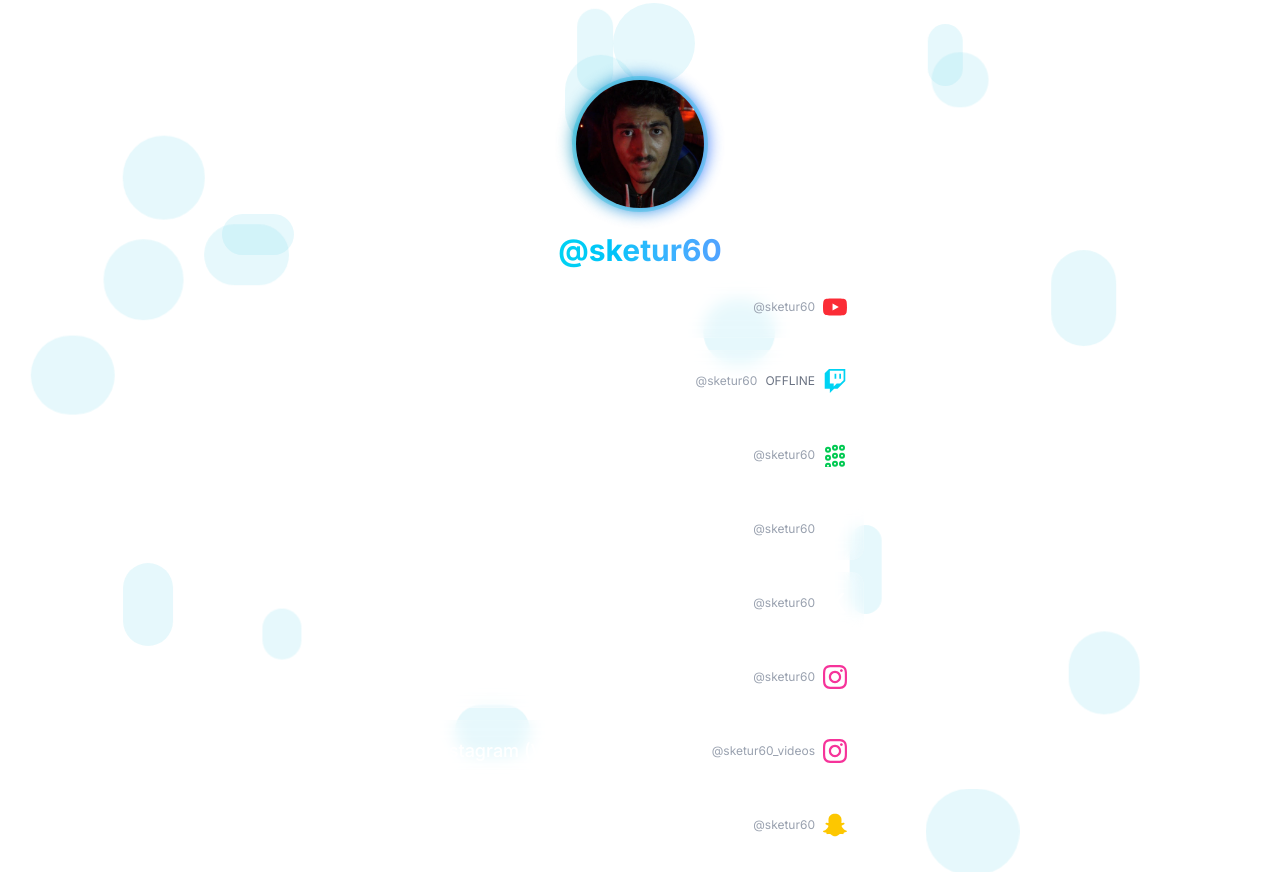
Repository: MehmetSalihK/sketur60
Page: /
The author's editor kept a copy of each file at every save. The page is drawn from the files as they stood at one save, then again after the next save.
The browser window is 1280 px wide. The pictures show the whole page.
The page's requests for data from a server got no answer. The project was rebuilt for these pictures with package versions that can differ from the ones it lists, and the page was loaded fresh each time. The framework's server and built-in components were replaced by stand-ins that run in the browser. No one was signed in, and anything a server would have sent is missing. Also part of the build but not shown: next.config.ts.

Above is the page before, as saved 2025-06-02 14:06:00.

### src/app/layout.tsx
import './globals.css'
import type { Metadata } from 'next'
import { Inter } from 'next/font/google'

const inter = Inter({ subsets: ['latin'] })

export const metadata: Metadata = {
  title: 'Mehmet Salih - Développeur Fullstack',
  description: 'Portfolio et liens de Mehmet Salih',
}

export default function RootLayout({
  children,
}: {
  children: React.ReactNode
}) {
  return (
    <html lang="fr" className="dark">
      <head>
        <meta name="format-detection" content="telephone=no, date=no, email=no, address=no" />
      </head>
      <body className={inter.className}>{children}</body>
    </html>
  )
}

### src/app/page.tsx
'use client';

import Image from 'next/image'
import Link from 'next/link'
import { useEffect, useState } from 'react'

export default function Home() {
  const [isLive, setIsLive] = useState(false);

  useEffect(() => {
    const checkTwitchStatus = async () => {
      try {
        const clientId = process.env.NEXT_PUBLIC_TWITCH_CLIENT_ID;
        const response = await fetch('https://api.twitch.tv/helix/streams?user_login=sketur60', {
          headers: {
            'Client-ID': clientId,
            'Authorization': `Bearer ${process.env.NEXT_PUBLIC_TWITCH_ACCESS_TOKEN}`
          }
        });
        const data = await response.json();
        setIsLive(data.data.length > 0);
      } catch (error) {
        console.error('Error checking Twitch status:', error);
        setIsLive(false);
      }
    };

    checkTwitchStatus();
    const interval = setInterval(checkTwitchStatus, 60000); // Check every minute
    return () => clearInterval(interval);
  }, []);

  return (
    <div className="min-h-screen bg-[radial-gradient(ellipse_at_top,_var(--tw-gradient-stops))] from-gray-900 via-cyan-900 to-black text-white p-4 antialiased relative overflow-hidden">
      {/* Particules animées */}
      <div className="absolute inset-0 overflow-hidden">
        <div className="absolute -inset-[10px] opacity-50">
          {[...Array(20)].map((_, i) => (
            <div
              key={i}
              className="absolute rounded-full bg-cyan-500/20"
              style={{
                top: `${Math.random() * 100}%`,
                left: `${Math.random() * 100}%`,
                width: `${Math.random() * 4 + 2}rem`,
                height: `${Math.random() * 4 + 2}rem`,
                animation: `float ${Math.random() * 10 + 10}s linear infinite`,
                animationDelay: `${Math.random() * 5}s`,
              }}
            />
          ))}
        </div>
      </div>

      <div className="max-w-3xl mx-auto pt-16 flex flex-col items-center px-4 relative z-10">
        {/* Photo de profil avec animation */}
        <div className="relative group">
          <div className="absolute -inset-1 bg-gradient-to-r from-cyan-600 to-blue-600 rounded-full blur opacity-75 group-hover:opacity-100 transition duration-1000 group-hover:duration-200 animate-tilt"></div>
          <div className="relative w-32 h-32 rounded-full overflow-hidden ring-4 ring-cyan-500/30">
            <Image
              src="/profile.jpg"
              alt="Photo de profil"
              width={128}
              height={128}
              className="object-cover hover:scale-110 transition-transform duration-200"
            />
          </div>
        </div>

        {/* Nom d'utilisateur avec animation */}
        <h1 className="text-3xl font-bold mt-6 mb-2 bg-gradient-to-r from-cyan-400 to-blue-400 text-transparent bg-clip-text hover:scale-105 transition-transform duration-200">@sketur60</h1>

        {/* Liste des liens */}
        <div className="w-full max-w-md space-y-3">
          {/* Liste des liens */}
          <div className="w-full max-w-md space-y-3">
            {/* YouTube */}
            <Link href="https://youtube.com/@sketur60"
                className="group flex items-center justify-between p-4 rounded-xl backdrop-blur-sm bg-white/5 border border-white/10 hover:bg-white/10 hover:border-cyan-500/50 transition-all duration-300 hover:scale-105">
              <span className="font-medium text-lg group-hover:text-cyan-400 transition-colors">YouTube</span>
              <div className="flex items-center space-x-2">
                <span className="text-xs text-gray-400 group-hover:text-cyan-400 transition-colors">@sketur60</span>
                <svg className="w-6 h-6 text-red-500" fill="currentColor" viewBox="0 0 24 24"><path d="M23.498 6.186a3.016 3.016 0 0 0-2.122-2.136C19.505 3.545 12 3.545 12 3.545s-7.505 0-9.377.505A3.017 3.017 0 0 0 .502 6.186C0 8.07 0 12 0 12s0 3.93.502 5.814a3.016 3.016 0 0 0 2.122 2.136c1.871.505 9.376.505 9.376.505s7.505 0 9.377-.505a3.015 3.015 0 0 0 2.122-2.136C24 15.93 24 12 24 12s0-3.93-.502-5.814zM9.545 15.568V8.432L15.818 12l-6.273 3.568z"/></svg>
              </div>
            </Link>

            {/* Twitch avec status live */}
            <Link href="https://twitch.tv/sketur60"
                className="group flex items-center justify-between p-4 rounded-xl backdrop-blur-sm bg-white/5 border border-white/10 hover:bg-white/10 hover:border-cyan-500/50 transition-all duration-300 hover:scale-105">
              <span className="font-medium text-lg group-hover:text-cyan-400 transition-colors">Twitch</span>
              <div className="flex items-center space-x-2">
                <span className="text-xs text-gray-400 group-hover:text-cyan-400 transition-colors">@sketur60</span>
                {isLive ? (
                  <div className="flex items-center space-x-2">
                    <span className="text-xs text-red-500 animate-pulse">EN DIRECT</span>
                    <div className="w-2 h-2 rounded-full bg-red-500 animate-pulse"></div>
                  </div>
                ) : (
                  <span className="text-xs text-gray-500">OFFLINE</span>
                )}
                <svg className="w-6 h-6 text-cyan-400" fill="currentColor" viewBox="0 0 24 24"><path d="M11.571 4.714h1.715v5.143H11.57zm4.715 0H18v5.143h-1.714zM6 0L1.714 4.286v15.428h5.143V24l4.286-4.286h3.428L22.286 12V0zm14.571 11.143l-3.428 3.428h-3.429l-3 3v-3H6.857V1.714h13.714Z"/></svg>
              </div>
            </Link>

            {/* Kick */}
            <Link href="https://kick.com/sketur60"
                className="group flex items-center justify-between p-4 rounded-xl backdrop-blur-sm bg-white/5 border border-white/10 hover:bg-white/10 hover:border-cyan-500/50 transition-all duration-300 hover:scale-105">
              <span className="font-medium text-lg group-hover:text-cyan-400 transition-colors">Kick</span>
              <div className="flex items-center space-x-2">
                <span className="text-xs text-gray-400 group-hover:text-cyan-400 transition-colors">@sketur60</span>
                <svg className="w-6 h-6 text-green-500" viewBox="0 0 24 24" fill="none" stroke="currentColor" strokeWidth="2"><path d="M19 6.873a2 2 0 1 1 0-4 2 2 0 0 1 0 4zm0 8a2 2 0 1 1 0-4 2 2 0 0 1 0 4zm0 8a2 2 0 1 1 0-4 2 2 0 0 1 0 4zM5 8.873a2 2 0 1 1 0-4 2 2 0 0 1 0 4zm0 8a2 2 0 1 1 0-4 2 2 0 0 1 0 4zm0 8a2 2 0 1 1 0-4 2 2 0 0 1 0 4zm7-18a2 2 0 1 1 0-4 2 2 0 0 1 0 4zm0 8a2 2 0 1 1 0-4 2 2 0 0 1 0 4zm0 8a2 2 0 1 1 0-4 2 2 0 0 1 0 4z"/></svg>
              </div>
            </Link>

            {/* TikTok */}
            <Link href="https://tiktok.com/@sketur60"
                className="group flex items-center justify-between p-4 rounded-xl backdrop-blur-sm bg-white/5 border border-white/10 hover:bg-white/10 hover:border-cyan-500/50 transition-all duration-300 hover:scale-105">
              <span className="font-medium text-lg group-hover:text-cyan-400 transition-colors">TikTok</span>
              <div className="flex items-center space-x-2">
                <span className="text-xs text-gray-400 group-hover:text-cyan-400 transition-colors">@sketur60</span>
                <svg className="w-6 h-6" fill="currentColor" viewBox="0 0 24 24"><path d="M19.59 6.69a4.83 4.83 0 0 1-3.77-4.25V2h-3.45v13.67a2.89 2.89 0 0 1-5.2 1.74 2.89 2.89 0 0 1 2.31-4.64 2.93 2.93 0 0 1 .88.13V9.4a6.84 6.84 0 0 0-1-.05A6.33 6.33 0 0 0 5 20.1a6.34 6.34 0 0 0 10.86-4.43v-7a8.16 8.16 0 0 0 4.77 1.52v-3.4a4.85 4.85 0 0 1-1-.1z"/></svg>
              </div>
            </Link>

            {/* X (Twitter) */}
            <Link href="https://twitter.com/sketur60"
                className="group flex items-center justify-between p-4 rounded-xl backdrop-blur-sm bg-white/5 border border-white/10 hover:bg-white/10 hover:border-cyan-500/50 transition-all duration-300 hover:scale-105">
              <span className="font-medium text-lg group-hover:text-cyan-400 transition-colors">X (Twitter)</span>
              <div className="flex items-center space-x-2">
                <span className="text-xs text-gray-400 group-hover:text-cyan-400 transition-colors">@sketur60</span>
                <svg className="w-6 h-6" fill="currentColor" viewBox="0 0 24 24"><path d="M18.244 2.25h3.308l-7.227 8.26 8.502 11.24H16.17l-5.214-6.817L4.99 21.75H1.68l7.73-8.835L1.254 2.25H8.08l4.713 6.231zm-1.161 17.52h1.833L7.084 4.126H5.117z"/></svg>
              </div>
            </Link>

            {/* Instagram (Perso) */}
            <Link href="https://instagram.com/sketur60"
                className="group flex items-center justify-between p-4 rounded-xl backdrop-blur-sm bg-white/5 border border-white/10 hover:bg-white/10 hover:border-cyan-500/50 transition-all duration-300 hover:scale-105">
              <span className="font-medium text-lg group-hover:text-cyan-400 transition-colors">Instagram (Perso)</span>
              <div className="flex items-center space-x-2">
                <span className="text-xs text-gray-400 group-hover:text-cyan-400 transition-colors">@sketur60</span>
                <svg className="w-6 h-6 text-pink-500" fill="currentColor" viewBox="0 0 24 24"><path d="M12 2.163c3.204 0 3.584.012 4.85.07 3.252.148 4.771 1.691 4.919 4.919.058 1.265.069 1.645.069 4.849 0 3.205-.012 3.584-.069 4.849-.149 3.225-1.664 4.771-4.919 4.919-1.266.058-1.644.07-4.85.07-3.204 0-3.584-.012-4.849-.07-3.26-.149-4.771-1.699-4.919-4.92-.058-1.265-.07-1.644-.07-4.849 0-3.204.013-3.583.07-4.849.149-3.227 1.664-4.771 4.919-4.919 1.266-.057 1.645-.069 4.849-.069zm0-2.163c-3.259 0-3.667.014-4.947.072-4.358.2-6.78 2.618-6.98 6.98-.059 1.281-.073 1.689-.073 4.948 0 3.259.014 3.668.072 4.948.2 4.358 2.618 6.78 6.98 6.98 1.281.058 1.689.072 4.948.072 3.259 0 3.668-.014 4.948-.072 4.354-.2 6.782-2.618 6.979-6.98.059-1.28.073-1.689.073-4.948 0-3.259-.014-3.667-.072-4.947-.196-4.354-2.617-6.78-6.979-6.98-1.281-.059-1.69-.073-4.949-.073zm0 5.838c-3.403 0-6.162 2.759-6.162 6.162s2.759 6.163 6.162 6.163 6.162-2.759 6.162-6.163c0-3.403-2.759-6.162-6.162-6.162zm0 10.162c-2.209 0-4-1.79-4-4 0-2.209 1.791-4 4-4s4 1.791 4 4c0 2.21-1.791 4-4 4zm6.406-11.845c-.796 0-1.441.645-1.441 1.44s.645 1.44 1.441 1.44c.795 0 1.439-.645 1.439-1.44s-.644-1.44-1.439-1.44z"/></svg>
              </div>
            </Link>

            {/* Instagram (Vidéos) */}
            <Link href="https://instagram.com/sketur60_videos"
                className="group flex items-center justify-between p-4 rounded-xl backdrop-blur-sm bg-white/5 border border-white/10 hover:bg-white/10 hover:border-cyan-500/50 transition-all duration-300 hover:scale-105">
              <span className="font-medium text-lg group-hover:text-cyan-400 transition-colors">Instagram (Vidéos)</span>
              <div className="flex items-center space-x-2">
                <span className="text-xs text-gray-400 group-hover:text-cyan-400 transition-colors">@sketur60_videos</span>
                <svg className="w-6 h-6 text-pink-500" fill="currentColor" viewBox="0 0 24 24"><path d="M12 2.163c3.204 0 3.584.012 4.85.07 3.252.148 4.771 1.691 4.919 4.919.058 1.265.069 1.645.069 4.849 0 3.205-.012 3.584-.069 4.849-.149 3.225-1.664 4.771-4.919 4.919-1.266.058-1.644.07-4.85.07-3.204 0-3.584-.012-4.849-.07-3.26-.149-4.771-1.699-4.919-4.92-.058-1.265-.07-1.644-.07-4.849 0-3.204.013-3.583.07-4.849.149-3.227 1.664-4.771 4.919-4.919 1.266-.057 1.645-.069 4.849-.069zm0-2.163c-3.259 0-3.667.014-4.947.072-4.358.2-6.78 2.618-6.98 6.98-.059 1.281-.073 1.689-.073 4.948 0 3.259.014 3.668.072 4.948.2 4.358 2.618 6.78 6.98 6.98 1.281.058 1.689.072 4.948.072 3.259 0 3.668-.014 4.948-.072 4.354-.2 6.782-2.618 6.979-6.98.059-1.28.073-1.689.073-4.948 0-3.259-.014-3.667-.072-4.947-.196-4.354-2.617-6.78-6.979-6.98-1.281-.059-1.69-.073-4.949-.073zm0 5.838c-3.403 0-6.162 2.759-6.162 6.162s2.759 6.163 6.162 6.163 6.162-2.759 6.162-6.163c0-3.403-2.759-6.162-6.162-6.162zm0 10.162c-2.209 0-4-1.79-4-4 0-2.209 1.791-4 4-4s4 1.791 4 4c0 2.21-1.791 4-4 4zm6.406-11.845c-.796 0-1.441.645-1.441 1.44s.645 1.44 1.441 1.44c.795 0 1.439-.645 1.439-1.44s-.644-1.44-1.439-1.44z"/></svg>
              </div>
            </Link>

            {/* Snapchat */}
            <Link href="https://snapchat.com/add/sketur60"
                className="group flex items-center justify-between p-4 rounded-xl backdrop-blur-sm bg-white/5 border border-white/10 hover:bg-white/10 hover:border-cyan-500/50 transition-all duration-300 hover:scale-105">
              <span className="font-medium text-lg group-hover:text-cyan-400 transition-colors">Snapchat</span>
              <div className="flex items-center space-x-2">
                <span className="text-xs text-gray-400 group-hover:text-cyan-400 transition-colors">@sketur60</span>
                <svg className="w-6 h-6 text-yellow-400" fill="currentColor" viewBox="0 0 24 24"><path d="M12.206.793c.99 0 4.347.276 5.93 3.821.529 1.193.403 3.219.299 4.847l-.003.06c-.012.18-.022.345-.03.51.075.045.203.09.401.09.3-.016.659-.12 1.033-.301.165-.088.344-.104.464-.104.182 0 .359.029.509.09.45.149.734.479.734.838.015.449-.39.839-1.213 1.168-.089.029-.209.075-.344.119-.45.135-1.139.36-1.333.81-.09.224-.061.524.12.868l.015.015c.06.136 1.526 3.475 4.791 4.014.255.044.435.27.42.509 0 .075-.015.149-.045.225-.24.569-1.273.988-3.146 1.271-.059.091-.12.375-.164.57-.029.179-.074.36-.134.553-.076.271-.27.405-.555.405h-.03c-.135 0-.313-.031-.538-.074-.36-.075-.765-.135-1.273-.135-.3 0-.599.015-.913.074-.6.104-1.123.464-1.723.884-.853.599-1.826 1.288-3.294 1.288-.06 0-.119-.015-.18-.015h-.149c-1.468 0-2.427-.675-3.279-1.288-.599-.42-1.107-.779-1.707-.884-.314-.045-.629-.074-.928-.074-.54 0-.958.089-1.272.149-.211.043-.391.074-.54.074-.374 0-.523-.224-.583-.42-.061-.192-.09-.389-.135-.567-.046-.181-.105-.494-.166-.57-1.918-.222-2.95-.642-3.189-1.226-.031-.075-.046-.15-.046-.225-.015-.243.165-.465.42-.509 3.264-.54 4.73-3.879 4.791-4.02l.016-.029c.18-.345.224-.645.119-.869-.195-.434-.884-.658-1.332-.809-.121-.029-.24-.074-.346-.119-1.107-.435-1.257-.93-1.197-1.273.09-.479.674-.793 1.168-.793.146 0 .27.029.383.074.42.194.789.3 1.104.3.234 0 .384-.06.465-.105l-.046-.569c-.098-1.626-.225-3.651.307-4.837C7.392 1.077 10.739.807 11.727.807l.419-.015h.06z"/></svg>
              </div>
            </Link>
          </div>
        </div>
      </div>
    </div>
  )
}

### src/app/globals.css
@import "tailwindcss";

:root {
  --background: #ffffff;
  --foreground: #171717;
}

:root {
  --color-background: var(--background);
  --color-foreground: var(--foreground);
  --font-sans: var(--font-geist-sans);
  --font-mono: var(--font-geist-mono);
}

@media (prefers-color-scheme: dark) {
  :root {
    --background: #0a0a0a;
    --foreground: #ededed;
  }
}

body {
  background: var(--background);
  color: var(--foreground);
  font-family: Arial, Helvetica, sans-serif;
}

@keyframes float {
  from {
    transform: rotate(0deg) translate(10px) rotate(0deg);
  }
  to {
    transform: rotate(360deg) translate(10px) rotate(-360deg);
  }
}

@keyframes tilt {
  0%, 100% { transform: rotate(-3deg); }
  50% { transform: rotate(3deg); }
}

.animate-tilt {
  animation: tilt 10s infinite ease-in-out;
}

After the next save:
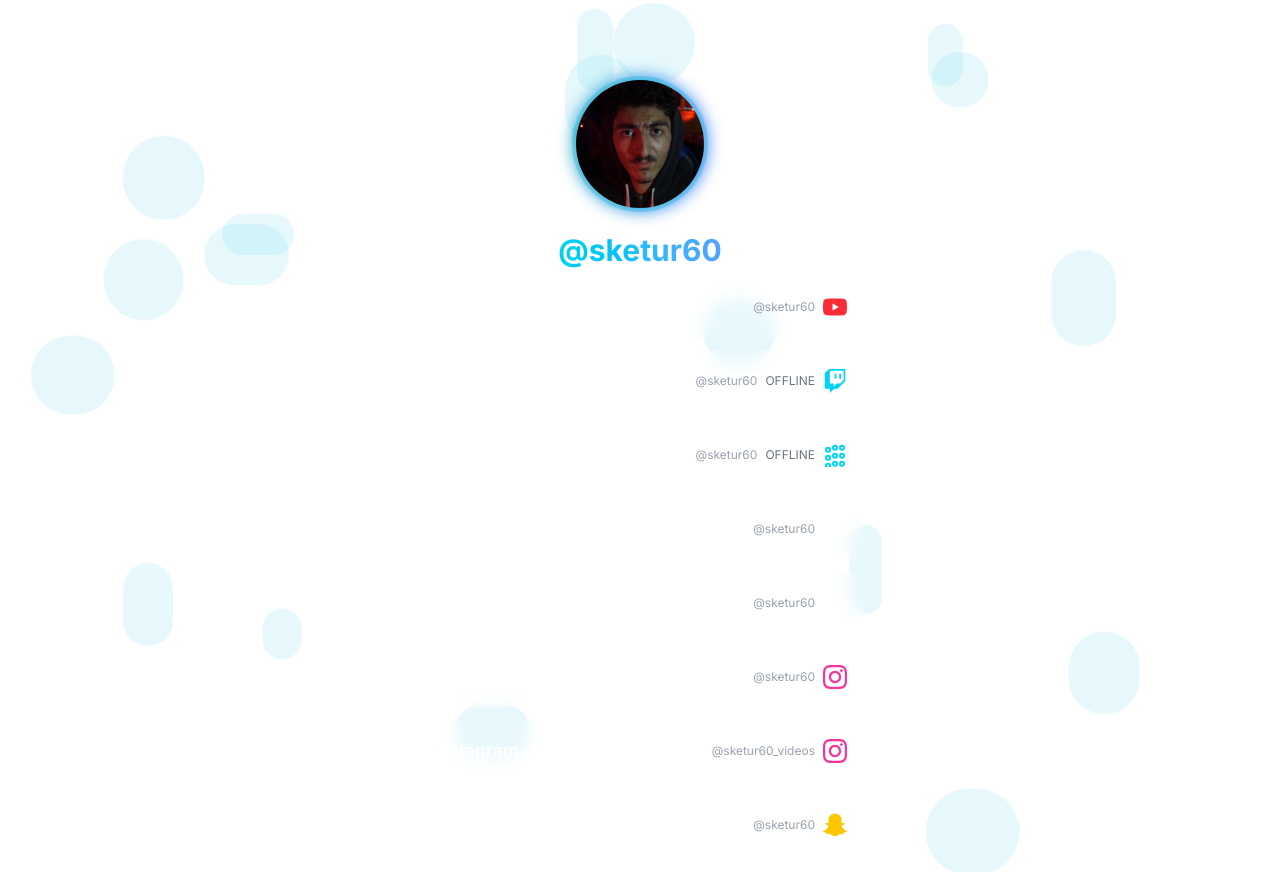
Saved 15 min 13 s later.
--- a/src/app/page.tsx
+++ b/src/app/page.tsx
@@ -6,6 +6,7 @@ import { useEffect, useState } from 'react'
 
 export default function Home() {
   const [isLive, setIsLive] = useState(false);
+  const [isKickLive, setIsKickLive] = useState(false);
 
   useEffect(() => {
     const checkTwitchStatus = async () => {
@@ -27,6 +28,23 @@ export default function Home() {
 
     checkTwitchStatus();
     const interval = setInterval(checkTwitchStatus, 60000); // Check every minute
+    return () => clearInterval(interval);
+  }, []);
+
+  useEffect(() => {
+    // Note: Cette fonction sera à mettre à jour quand Kick aura une API publique
+    const checkKickStatus = async () => {
+      try {
+        // En attente de l'API officielle de Kick
+        setIsKickLive(false);
+      } catch (error) {
+        console.error('Error checking Kick status:', error);
+        setIsKickLive(false);
+      }
+    };
+
+    checkKickStatus();
+    const interval = setInterval(checkKickStatus, 60000);
     return () => clearInterval(interval);
   }, []);
 
@@ -102,13 +120,21 @@ export default function Home() {
               </div>
             </Link>
 
-            {/* Kick */}
+            {/* Kick avec status live */}
             <Link href="https://kick.com/sketur60"
                 className="group flex items-center justify-between p-4 rounded-xl backdrop-blur-sm bg-white/5 border border-white/10 hover:bg-white/10 hover:border-cyan-500/50 transition-all duration-300 hover:scale-105">
               <span className="font-medium text-lg group-hover:text-cyan-400 transition-colors">Kick</span>
               <div className="flex items-center space-x-2">
                 <span className="text-xs text-gray-400 group-hover:text-cyan-400 transition-colors">@sketur60</span>
-                <svg className="w-6 h-6 text-green-500" viewBox="0 0 24 24" fill="none" stroke="currentColor" strokeWidth="2"><path d="M19 6.873a2 2 0 1 1 0-4 2 2 0 0 1 0 4zm0 8a2 2 0 1 1 0-4 2 2 0 0 1 0 4zm0 8a2 2 0 1 1 0-4 2 2 0 0 1 0 4zM5 8.873a2 2 0 1 1 0-4 2 2 0 0 1 0 4zm0 8a2 2 0 1 1 0-4 2 2 0 0 1 0 4zm0 8a2 2 0 1 1 0-4 2 2 0 0 1 0 4zm7-18a2 2 0 1 1 0-4 2 2 0 0 1 0 4zm0 8a2 2 0 1 1 0-4 2 2 0 0 1 0 4zm0 8a2 2 0 1 1 0-4 2 2 0 0 1 0 4z"/></svg>
+                {isKickLive ? (
+                  <div className="flex items-center space-x-2">
+                    <span className="text-xs text-red-500 animate-pulse">EN DIRECT</span>
+                    <div className="w-2 h-2 rounded-full bg-red-500 animate-pulse"></div>
+                  </div>
+                ) : (
+                  <span className="text-xs text-gray-500">OFFLINE</span>
+                )}
+                <svg className="w-6 h-6 text-cyan-400" viewBox="0 0 24 24" fill="none" stroke="currentColor" strokeWidth="2"><path d="M19 6.873a2 2 0 1 1 0-4 2 2 0 0 1 0 4zm0 8a2 2 0 1 1 0-4 2 2 0 0 1 0 4zm0 8a2 2 0 1 1 0-4 2 2 0 0 1 0 4zM5 8.873a2 2 0 1 1 0-4 2 2 0 0 1 0 4zm0 8a2 2 0 1 1 0-4 2 2 0 0 1 0 4zm0 8a2 2 0 1 1 0-4 2 2 0 0 1 0 4zm7-18a2 2 0 1 1 0-4 2 2 0 0 1 0 4zm0 8a2 2 0 1 1 0-4 2 2 0 0 1 0 4zm0 8a2 2 0 1 1 0-4 2 2 0 0 1 0 4z"/></svg>
               </div>
             </Link>
 
